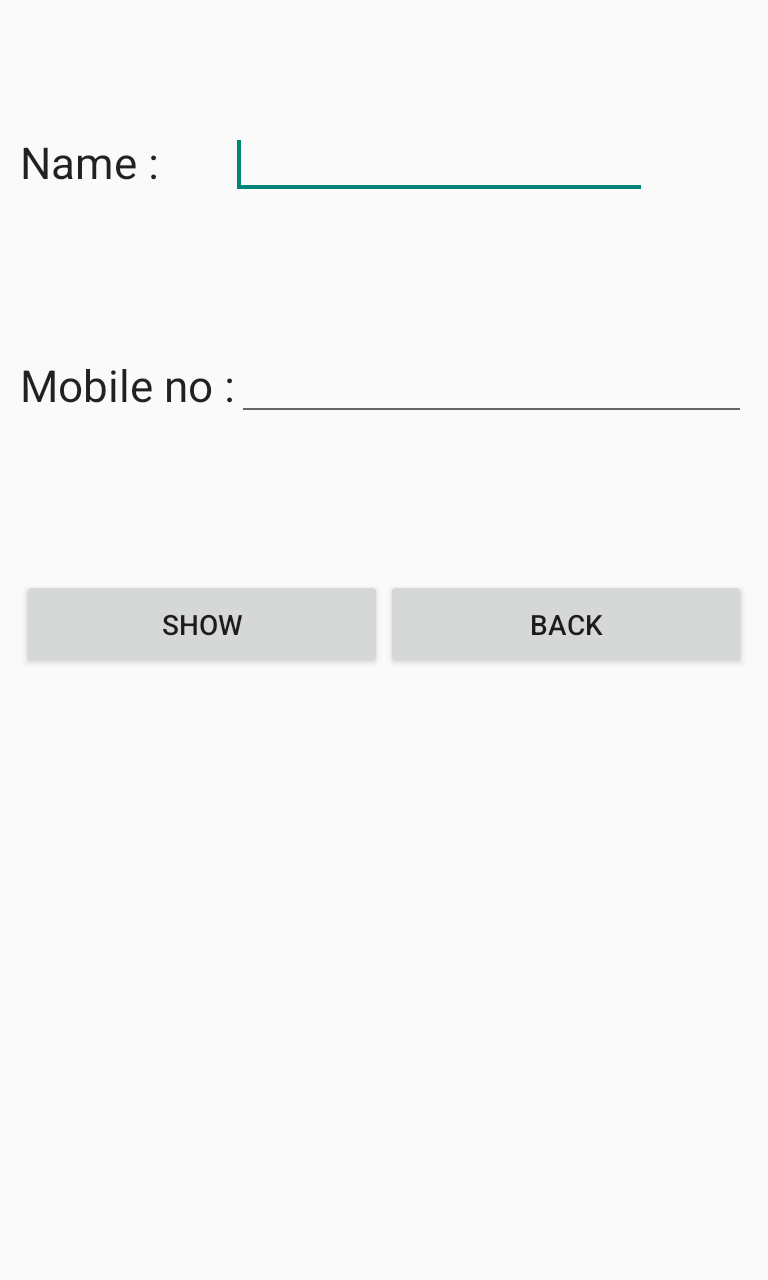
Repository: rajeshmule/Android-Data-Storage-Option
Layout: SharedPreference/res/layout/activity_main2.xml
An editor plug-in stored every save of this project. The layout is shown before and after a run of saves, followed by the edit.
It is drawn on a 768 x 1280 px phone screen (xhdpi) without system bars, with theme AppTheme; the app's code is not run.

Above is the layout before, as saved 2014-08-22 16:36:19.

### SharedPreference/res/layout/activity_main2.xml
<LinearLayout xmlns:android="http://schemas.android.com/apk/res/android"
    xmlns:tools="http://schemas.android.com/tools"
    android:id="@+id/container"
    android:layout_width="match_parent"
    android:layout_height="match_parent"
    android:orientation="vertical"
    tools:context="com.rajesh.sharedpreference.Main2Activity"
     >

    <LinearLayout
        android:layout_width="wrap_content"
        android:layout_height="wrap_content"
        android:layout_marginBottom="35dp"
        android:layout_marginLeft="10dp"
        android:layout_marginRight="10dp"
        android:layout_marginTop="60dp"
        android:orientation="horizontal" >

        <TextView
            android:id="@+id/textView1"
            android:layout_width="wrap_content"
            android:layout_height="wrap_content"
            android:text="@string/name_fix"
            android:textAppearance="?android:attr/textAppearanceLarge" />

        <EditText
            android:id="@+id/editText1"
            android:layout_width="0dp"
            android:layout_height="wrap_content"
            android:layout_marginLeft="35dp"
            android:layout_weight="1"
            android:ems="10"
            android:inputType="textPersonName" >

            <requestFocus />
        </EditText>
    </LinearLayout>

    <LinearLayout
        android:layout_width="match_parent"
        android:layout_height="wrap_content"
        android:layout_marginBottom="35dp"
        android:layout_marginLeft="10dp"
        android:layout_marginRight="10dp"
        android:layout_marginTop="35dp" >

        <TextView
            android:id="@+id/textView2"
            android:layout_width="wrap_content"
            android:layout_height="wrap_content"
            android:text="@string/Mobile_no_fix"
            android:textAppearance="?android:attr/textAppearanceLarge" />

        <EditText
            android:id="@+id/editText2"
            android:layout_width="0dp"
            android:layout_height="wrap_content"
            android:layout_weight="1"
            android:ems="10"
            android:inputType="number" />
    </LinearLayout>

    <LinearLayout
        android:layout_width="match_parent"
        android:layout_height="wrap_content"
        android:layout_marginLeft="10dp"
        android:layout_marginRight="10dp"
        android:layout_marginTop="40dp" >

        <Button
            android:id="@+id/button1"
            android:layout_width="0dp"
            android:layout_height="wrap_content"
            android:layout_weight="1"
            android:text="@string/Show_fix" />

        <Button
            android:id="@+id/button2"
            android:layout_width="0dp"
            android:layout_height="wrap_content"
            android:layout_weight="1"
            android:text="@string/Back_fix" />
    </LinearLayout>

</LinearLayout>

### SharedPreference/res/values/strings.xml
<?xml version="1.0" encoding="utf-8"?>
<resources>

    <string name="app_name">Shared Preference</string>
    <string name="hello_world">Hello world!</string>
    <string name="action_settings">Settings</string>
    <string name="title_activity_main2">Main2Activity</string>
    <string name="name_fix">Name :</string>
    <string name="Mobile_no_fix">Mobile no :</string>
    <string name="Save_fix">Save</string>
    <string name="View_fix">Show</string>
    <string name="Show_fix">Show</string>
    <string name="Back_fix">Back</string>

</resources>

Loaded but not shown: SharedPreference/res/values/styles.xml (common file); SharedPreference/res/values-v11/styles.xml (common file); SharedPreference/res/values-v14/styles.xml (common file)

After the next 3 saves:
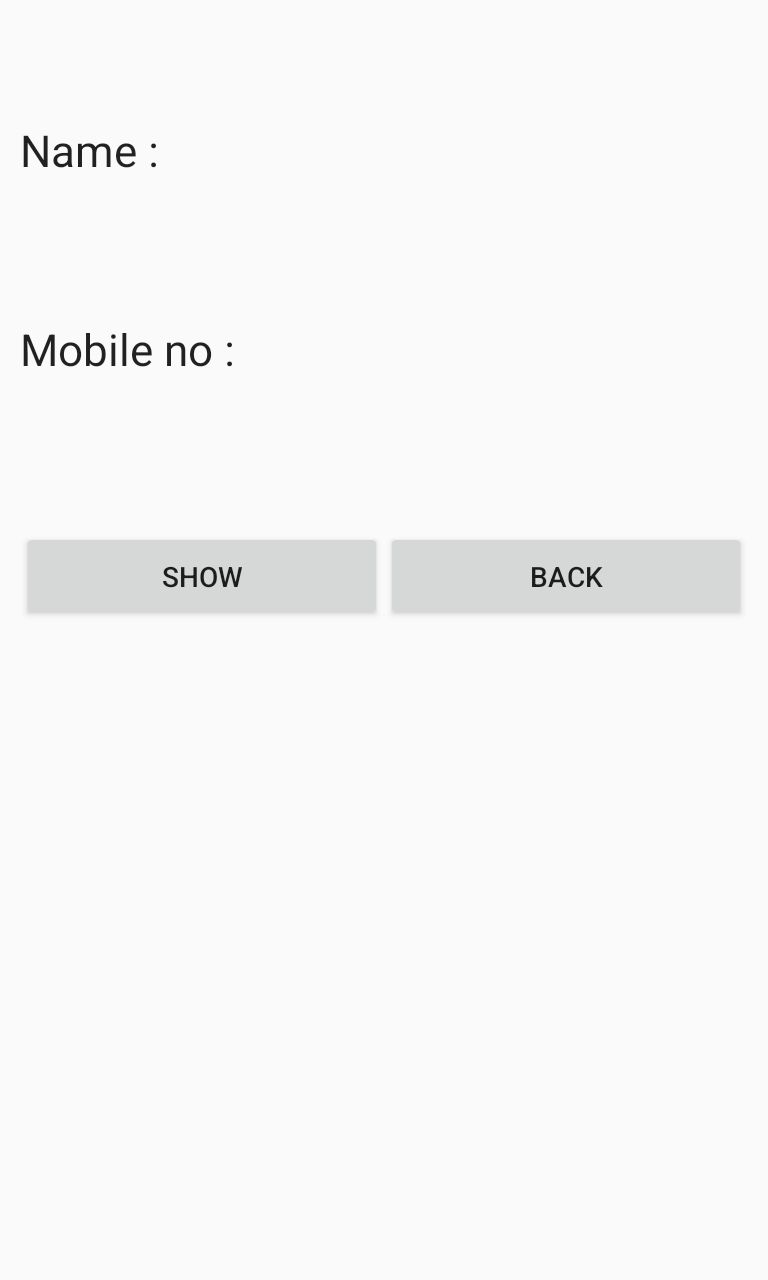
The 3 saves are shown as one change because 2 did not build or start.
The last was saved 3 min 22 s later.
--- a/SharedPreference/res/layout/activity_main2.xml
+++ b/SharedPreference/res/layout/activity_main2.xml
@@ -23,17 +23,16 @@
             android:text="@string/name_fix"
             android:textAppearance="?android:attr/textAppearanceLarge" />
 
-        <EditText
+        <TextView
             android:id="@+id/editText1"
             android:layout_width="0dp"
             android:layout_height="wrap_content"
             android:layout_marginLeft="35dp"
             android:layout_weight="1"
-            android:ems="10"
-            android:inputType="textPersonName" >
+                        />
 
-            <requestFocus />
-        </EditText>
+
+
     </LinearLayout>
 
     <LinearLayout
@@ -51,7 +50,7 @@
             android:text="@string/Mobile_no_fix"
             android:textAppearance="?android:attr/textAppearanceLarge" />
 
-        <EditText
+        <TextView
             android:id="@+id/editText2"
             android:layout_width="0dp"
             android:layout_height="wrap_content"
